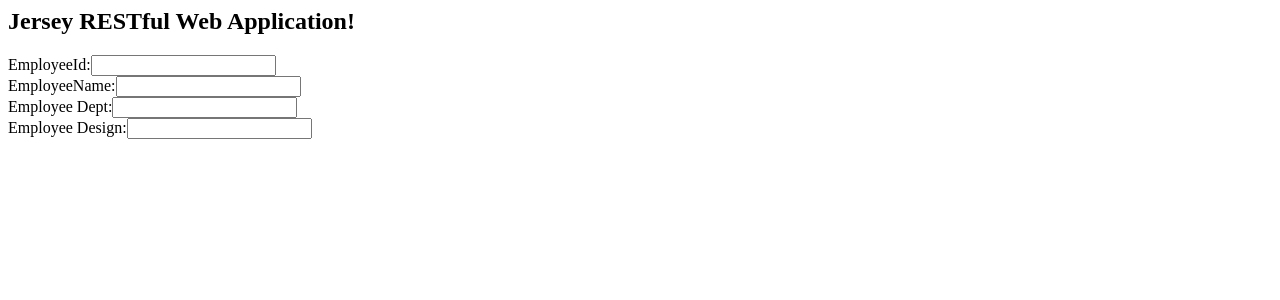
Repository: Vidhya2796/ATPTrainingFoldersJEECloud
Page: http://localhost/emp/
These files come from the project's save history. The page is drawn as it stood at one moment and after the next save; the edit follows.
The browser window is 1280 px wide. The pictures show the whole page.
The page is served by Tomcat 9.

Above is the page before, as saved 2018-12-20 09:58:06.

After the next save:
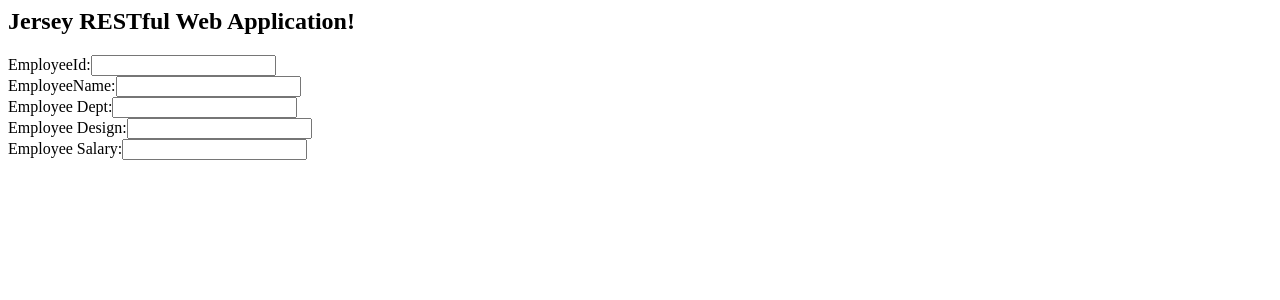
Saved 14 s later.
--- a/SpringREST/emp/src/main/webapp/index.jsp
+++ b/SpringREST/emp/src/main/webapp/index.jsp
@@ -10,7 +10,7 @@
     	EmployeeName:<input type="text" name="name"></br>
     	Employee Dept:<input type="text" name="dept"></br>
     	Employee Design:<input type="text" name="design"></br>
-
+    	Employee Salary:<input type="text" name="sal"></br>
 
 
     </form>
